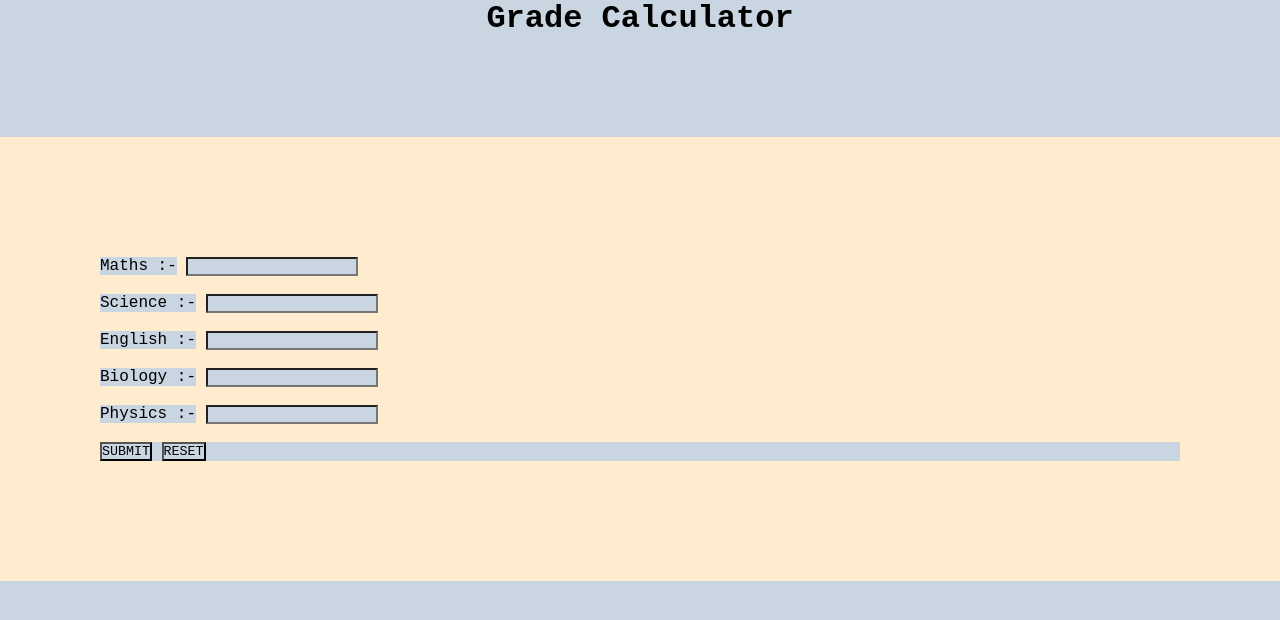
Repository: neelpatel6262/task-manager
Page: index.html
An editor plug-in stored every save of this project. The page is shown before and after the next save, followed by the edit.
The browser window is 1280 px wide. The pictures show the whole page.
Some web fonts or font styles are not loaded; a fallback is used.

Above is the page before, as saved 2025-07-17 15:58:33.

After the next save:
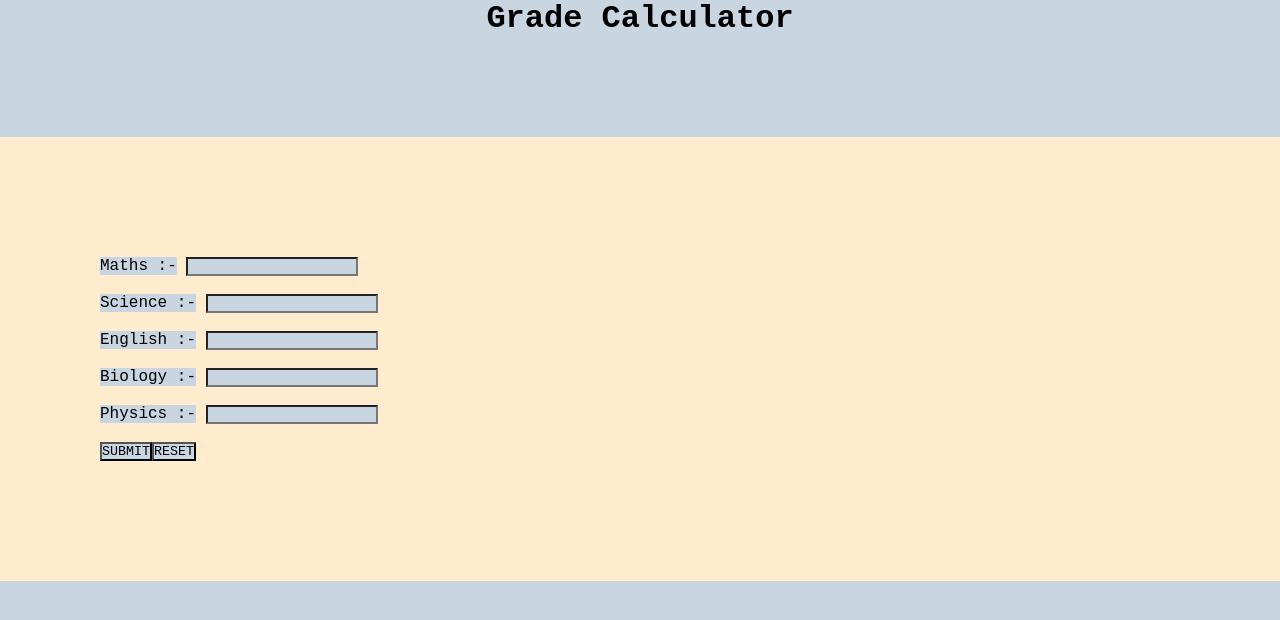
Saved 20 s later.
--- a/style.css
+++ b/style.css
@@ -16,3 +16,8 @@
   background-color: blanchedalmond;
   padding: 120px 100px;
 }
+
+.cta{
+   background-color: blanchedalmond;
+   display: flex;
+}
